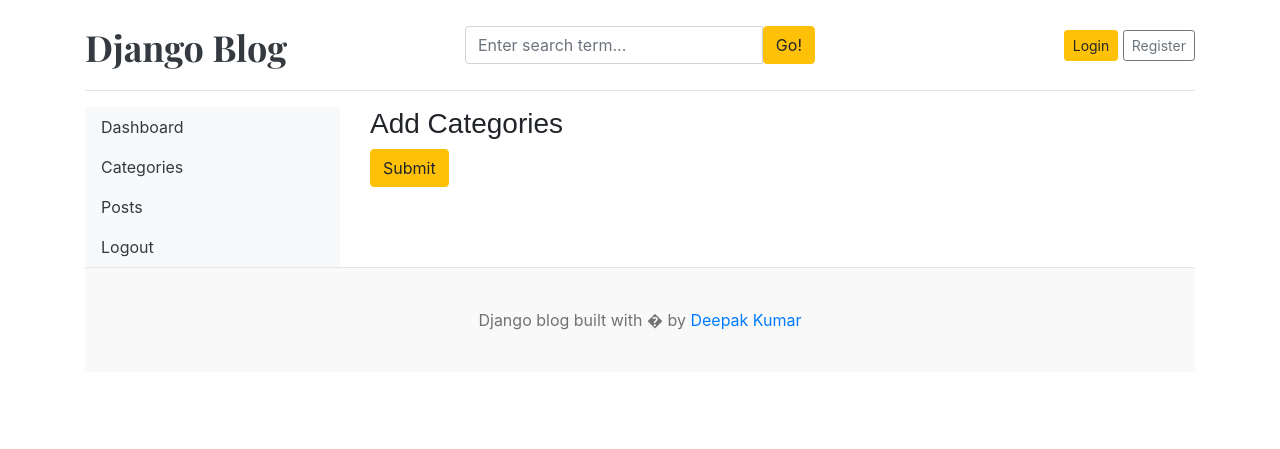
Repository: vijayholve/Blog-Website-Django
Page: templates/dashboard/add_categories.html
The author's editor kept a copy of each file at every save. The page is drawn from the files as they stood at one save, then again after a run of saves.
The browser window is 1280 px wide. The pictures show the whole page.
The template is drawn by Django 5.2. The application's start-up code is not run. Other server files are loaded and not shown. The template is opened directly, without the code that normally fills it, so the values that code supplies are empty.

Above is the page before, as saved 2025-01-29 15:43:09.

### templates/dashboard/add_categories.html
{% extends '../base/base.html' %}

{% block content %}
<div class="row">
    <!-- left sidebar -->
    {% include './leftsidebar.html' %}


    <!-- right sidebar -->
    <div class="col-md-9">
        <h3>Add Categories</h3>

      <form action="" method="POST" style="width: 500px;">
        {% csrf_token %}
        {{ form  }}
        <button type="submit" class="btn btn-warning">Submit</button>
      </form>
    </div>
</div>

{% endblock %}

### templates/base/base.html
<!-- Header part -->
{% include './header.html' %}

<!-- Main content part -->
{% block content %}

{% endblock %}

<!-- Footer -->
{% include './footer.html' %}

### templates/base/header.html
{% load static %}
<!DOCTYPE html>
<html lang="en">
<head>
    <meta charset="UTF-8">
    <meta http-equiv="X-UA-Compatible" content="IE=edge">
    <meta name="viewport" content="width=device-width, initial-scale=1.0">
    <title>SM Joshi Blogs</title>
    <link href="https://getbootstrap.com/docs/4.0/dist/css/bootstrap.min.css" rel="stylesheet">
    <link href="https://fonts.googleapis.com/css?family=Playfair+Display:700,900" rel="stylesheet">
    <link href="{% static 'css/blog.css' %}" rel="stylesheet">
    <link href="{% static 'css/Navbar.css' %}" rel="stylesheet">
    <link rel="stylesheet" href="https://cdn.jsdelivr.net/npm/bootstrap@4.4.1/dist/css/bootstrap.min.css" integrity="sha384-Vkoo8x4CGsO3+Hhxv8T/Q5PaXtkKtu6ug5TOeNV6gBiFeWPGFN9MuhOf23Q9Ifjh" crossorigin="anonymous">
    <link rel="stylesheet" href="https://cdnjs.cloudflare.com/ajax/libs/font-awesome/4.7.0/css/font-awesome.min.css">
  </head>
<body>
    <div class="container">
      <header class="blog-header py-3">
        <div class="row flex-nowrap justify-content-between align-items-center">
          <div class="col-4 pt-1">
            <a class="blog-header-logo text-dark" href="/">Django Blog</a>
          </div>
          <div class="col-4">
            <form action="{% url 'search' %}" method="GET">
              <div class="input-group">
                <input class="form-control" name="keyword" type="text" placeholder="Enter search term..." aria-label="Enter search term..." aria-describedby="button-search" />
                <button type="submit" class="btn btn-warning" id="button-search" type="button">Go!</button>
            </div>
            </form>
          </div>

          <div class="col-4 d-flex justify-content-end align-items-center">
            {% if not user.is_authenticated %}
            <a class="btn btn-sm btn-warning" href="{% url 'login' %}">Login</a> &nbsp;
            <a class="btn btn-sm btn-outline-secondary" href="{% url 'register' %}">Register</a>
            {% else %}
            <span><a href="{% url 'dashboard' %}" class="btn btn-warning">Dashboard</a></span> &nbsp;
            <span><a href="{% url 'logout' %}">Logout</a></span>
            {% endif %}
          </div>
        </div>
      </header>

      <div class="nav-scroller py-1 mb-2">
        <nav class="nav d-flex justify-content-between">
          {% for cat in categories %}
          <a class="p-2 text-muted" href="{% url 'posts_by_category' cat.id  %}">{{ cat.category_name }}</a>
          {% endfor %}
        </nav>
      </div>

### templates/dashboard/leftsidebar.html
<div class="col-md-3">
    <div class="nav flex-column nav-pills bg-light aria-orientation='vertical'">
        <a href="{% url 'dashboard' %}" class="nav-link text-dark {% if '/dashboard/' == request.path %} bg-warning {% endif %}">Dashboard</a>
         {% if perms.auth.view_user %}
          <a href="{% url 'users' %}" class="nav-link text-dark {% if '/users/' in request.path %} bg-warning {% endif %}">Users</a>
        {% endif %}
        <a href="{% url 'categories' %}" class="nav-link text-dark {% if '/categories/' in request.path %} bg-warning {% endif %}">Categories</a>
        <a href="{% url 'posts' %}" class="nav-link text-dark {% if '/posts/' in request.path %} bg-warning {% endif %}">Posts</a>
        <a href="" class="nav-link text-dark">Logout</a>
    </div>
</div>

### templates/base/footer.html
<footer class="blog-footer">
    <p>Django blog built with � by <a href="#">Deepak Kumar</a></p>
  </footer>
  </body>
  </html>

### static/css/blog.css
/* stylelint-disable selector-list-comma-newline-after */

.blog-header {
  border-bottom: 1px solid #e5e5e5;
}

.blog-header-logo {
  font-family: "Playfair Display", Georgia, "Times New Roman", serif/*rtl:Amiri, Georgia, "Times New Roman", serif*/;
  font-size: 2.25rem;
}

.blog-header-logo:hover {
  text-decoration: none;
}

h1, h2, h3, h4, h5, h6 {
  font-family: "Playfair Display", Georgia, "Times New Roman", serif/*rtl:Amiri, Georgia, "Times New Roman", serif*/;
}

.display-4 {
  font-size: 2.5rem;
}
@media (min-width: 768px) {
  .display-4 {
    font-size: 3rem;
  }
}

.flex-auto {
  flex: 0 0 auto;
}

.h-250 { height: 250px; }
@media (min-width: 768px) {
  .h-md-250 { height: 250px; }
}

/* Pagination */
.blog-pagination {
  margin-bottom: 4rem;
}

/*
 * Blog posts
 */
.blog-post {
  margin-bottom: 4rem;
}
.blog-post-title {
  font-size: 2.5rem;
}
.blog-post-meta {
  margin-bottom: 1.25rem;
  color: #727272;
}

/*
 * Footer
 */
.blog-footer {
  padding: 2.5rem 0;
  color: #727272;
  text-align: center;
  background-color: #f9f9f9;
  border-top: .05rem solid #e5e5e5;
}
.blog-footer p:last-child {
  margin-bottom: 0;
}

### static/css/Navbar.css
:root {
    --font-family-sans-serif: "Open Sans", -apple-system, BlinkMacSystemFont,
    "Segoe UI", Roboto, "Helvetica Neue", Arial, sans-serif, "Apple Color Emoji",
    "Segoe UI Emoji", "Segoe UI Symbol", "Noto Color Emoji";
}

*, *::before, *::after {
    -webkit-box-sizing: border-box;
    box-sizing: border-box;
}

html {
    font-family: sans-serif;
    line-height: 1.15;
    -webkit-text-size-adjust: 100%;
    -webkit-tap-highlight-color: rgba(0, 0, 0, 0);
}

nav {
    display: block;
}

body {
    margin: 0;
    font-family: "Open Sans", -apple-system, BlinkMacSystemFont, "Segoe UI",
    Roboto, "Helvetica Neue", Arial, sans-serif, "Apple Color Emoji",
    "Segoe UI Emoji", "Segoe UI Symbol", "Noto Color Emoji";
    font-size: 1rem;
    font-weight: 400;
    line-height: 1.5;
    color: #515151;
    text-align: left;
    background-color: #e9edf4;
}

h1, h2, h3, h4, h5, h6 {
    margin-top: 0;
    margin-bottom: 0.5rem;
}

p {
    margin-top: 0;
    margin-bottom: 1rem;
}

a {
    color: #3f84fc;
    text-decoration: none;
    background-color: transparent;
}

a:hover {
    color: #0458eb;
    text-decoration: underline;
}

h1, h2, h3, h4, h5, h6, .h1, .h2, .h3, .h4, .h5, .h6 {
    font-family: "Nunito", sans-serif;
    margin-bottom: 0.5rem;
    font-weight: 500;
    line-height: 1.2;
}

h1, .h1 {
    font-size: 2.5rem;
    font-weight: normal;
}

.card {
    position: relative;
    display: -webkit-box;
    display: -webkit-flex;
    display: -ms-flexbox;
    display: flex;
    -webkit-box-orient: vertical;
    -webkit-box-direction: normal;
    -webkit-flex-direction: column;
    -ms-flex-direction: column;
    flex-direction: column;
    min-width: 0;
    word-wrap: break-word;
    background-color: #fff;
    background-clip: border-box;
    border: 1px solid rgba(0, 0, 0, 0.125);
    border-radius: 0;
}

.card-body {
    -webkit-box-flex: 1;
    -webkit-flex: 1 1 auto;
    -ms-flex: 1 1 auto;
    flex: 1 1 auto;
    padding: 1.25rem;
}

.card-header {
    padding: 0.75rem 1.25rem;
    margin-bottom: 0;
    background-color: rgba(0, 0, 0, 0.03);
    border-bottom: 1px solid rgba(0, 0, 0, 0.125);
    text-align: center;
}

.dashboard {
    display: -webkit-box;
    display: -webkit-flex;
    display: -ms-flexbox;
    display: flex;
    min-height: 100vh;
}

.dashboard-app {
    display: -webkit-box;
    display: -webkit-flex;
    display: -ms-flexbox;
    display: flex;
    -webkit-box-orient: vertical;
    -webkit-box-direction: normal;
    -webkit-flex-direction: column;
    -ms-flex-direction: column;
    flex-direction: column;
    -webkit-box-flex: 2;
    -webkit-flex-grow: 2;
    -ms-flex-positive: 2;
    flex-grow: 2;
    margin-top: 84px;
}

.dashboard-content {
    -webkit-box-flex: 2;
    -webkit-flex-grow: 2;
    -ms-flex-positive: 2;
    flex-grow: 2;
    padding: 25px;
}

.dashboard-nav {
    min-width: 238px;
    position: fixed;
    left: 0;
    top: 0;
    bottom: 0;
    overflow: auto;
    background-color: #373193;
}

.dashboard-compact .dashboard-nav {
    display: none;
}

.dashboard-nav header {
    min-height: 84px;
    padding: 8px 27px;
    display: -webkit-box;
    display: -webkit-flex;
    display: -ms-flexbox;
    display: flex;
    -webkit-box-pack: center;
    -webkit-justify-content: center;
    -ms-flex-pack: center;
    justify-content: center;
    -webkit-box-align: center;
    -webkit-align-items: center;
    -ms-flex-align: center;
    align-items: center;
}

.dashboard-nav header .menu-toggle {
    display: none;
    margin-right: auto;
}

.dashboard-nav a {
    color: #515151;
}

.dashboard-nav a:hover {
    text-decoration: none;
}

.dashboard-nav {
    background-color: #443ea2;
}

.dashboard-nav a {
    color: #fff;
}

.brand-logo {
    font-family: "Nunito", sans-serif;
    font-weight: bold;
    font-size: 20px;
    display: -webkit-box;
    display: -webkit-flex;
    display: -ms-flexbox;
    display: flex;
    color: #515151;
    -webkit-box-align: center;
    -webkit-align-items: center;
    -ms-flex-align: center;
    align-items: center;
}

.brand-logo:focus, .brand-logo:active, .brand-logo:hover {
    color: #dbdbdb;
    text-decoration: none;
}

.brand-logo i {
    color: #d2d1d1;
    font-size: 27px;
    margin-right: 10px;
}

.dashboard-nav-list {
    display: -webkit-box;
    display: -webkit-flex;
    display: -ms-flexbox;
    display: flex;
    -webkit-box-orient: vertical;
    -webkit-box-direction: normal;
    -webkit-flex-direction: column;
    -ms-flex-direction: column;
    flex-direction: column;
}

.dashboard-nav-item {
    min-height: 56px;
    padding: 8px 20px 8px 70px;
    display: -webkit-box;
    display: -webkit-flex;
    display: -ms-flexbox;
    display: flex;
    -webkit-box-align: center;
    -webkit-align-items: center;
    -ms-flex-align: center;
    align-items: center;
    letter-spacing: 0.02em;
    transition: ease-out 0.5s;
}

.dashboard-nav-item i {
    width: 36px;
    font-size: 19px;
    margin-left: -40px;
}

.dashboard-nav-item:hover {
    background: rgba(255, 255, 255, 0.04);
}

.active {
    background: rgba(0, 0, 0, 0.1);
}

.dashboard-nav-dropdown {
    display: -webkit-box;
    display: -webkit-flex;
    display: -ms-flexbox;
    display: flex;
    -webkit-box-orient: vertical;
    -webkit-box-direction: normal;
    -webkit-flex-direction: column;
    -ms-flex-direction: column;
    flex-direction: column;
}

.dashboard-nav-dropdown.show {
    background: rgba(255, 255, 255, 0.04);
}

.dashboard-nav-dropdown.show > .dashboard-nav-dropdown-toggle {
    font-weight: bold;
}

.dashboard-nav-dropdown.show > .dashboard-nav-dropdown-toggle:after {
    -webkit-transform: none;
    -o-transform: none;
    transform: none;
}

.dashboard-nav-dropdown.show > .dashboard-nav-dropdown-menu {
    display: -webkit-box;
    display: -webkit-flex;
    display: -ms-flexbox;
    display: flex;
}

.dashboard-nav-dropdown-toggle:after {
    content: "";
    margin-left: auto;
    display: inline-block;
    width: 0;
    height: 0;
    border-left: 5px solid transparent;
    border-right: 5px solid transparent;
    border-top: 5px solid rgba(81, 81, 81, 0.8);
    -webkit-transform: rotate(90deg);
    -o-transform: rotate(90deg);
    transform: rotate(90deg);
}

.dashboard-nav .dashboard-nav-dropdown-toggle:after {
    border-top-color: rgba(255, 255, 255, 0.72);
}

.dashboard-nav-dropdown-menu {
    display: none;
    -webkit-box-orient: vertical;
    -webkit-box-direction: normal;
    -webkit-flex-direction: column;
    -ms-flex-direction: column;
    flex-direction: column;
}

.dashboard-nav-dropdown-item {
    min-height: 40px;
    padding: 8px 20px 8px 70px;
    display: -webkit-box;
    display: -webkit-flex;
    display: -ms-flexbox;
    display: flex;
    -webkit-box-align: center;
    -webkit-align-items: center;
    -ms-flex-align: center;
    align-items: center;
    transition: ease-out 0.5s;
}

.dashboard-nav-dropdown-item:hover {
    background: rgba(255, 255, 255, 0.04);
}

.menu-toggle {
    position: relative;
    width: 42px;
    height: 42px;
    display: -webkit-box;
    display: -webkit-flex;
    display: -ms-flexbox;
    display: flex;
    -webkit-box-align: center;
    -webkit-align-items: center;
    -ms-flex-align: center;
    align-items: center;
    -webkit-box-pack: center;
    -webkit-justify-content: center;
    -ms-flex-pack: center;
    justify-content: center;
    color: #443ea2;
}

.menu-toggle:hover, .menu-toggle:active, .menu-toggle:focus {
    text-decoration: none;
    color: #875de5;
}

.menu-toggle i {
    font-size: 20px;
}

.dashboard-toolbar {
    min-height: 84px;
    background-color: #dfdfdf;
    display: -webkit-box;
    display: -webkit-flex;
    display: -ms-flexbox;
    display: flex;
    -webkit-box-align: center;
    -webkit-align-items: center;
    -ms-flex-align: center;
    align-items: center;
    padding: 8px 27px;
    position: fixed;
    top: 0;
    right: 0;
    left: 0;
    z-index: 1000;
}

.nav-item-divider {
    height: 1px;
    margin: 1rem 0;
    overflow: hidden;
    background-color: rgba(236, 238, 239, 0.3);
}

@media (min-width: 992px) {
    .dashboard-app {
        margin-left: 238px;
    }

    .dashboard-compact .dashboard-app {
        margin-left: 0;
    }
}


@media (max-width: 768px) {
    .dashboard-content {
        padding: 15px 0px;
    }
}

@media (max-width: 992px) {
    .dashboard-nav {
        display: none;
        position: fixed;
        top: 0;
        right: 0;
        left: 0;
        bottom: 0;
        z-index: 1070;
    }

    .dashboard-nav.mobile-show {
        display: block;
    }
}

@media (max-width: 992px) {
    .dashboard-nav header .menu-toggle {
        display: -webkit-box;
        display: -webkit-flex;
        display: -ms-flexbox;
        display: flex;
    }
}

@media (min-width: 992px) {
    .dashboard-toolbar {
        left: 238px;
    }

    .dashboard-compact .dashboard-toolbar {
        left: 0;
    }
}

After the next 2 saves:
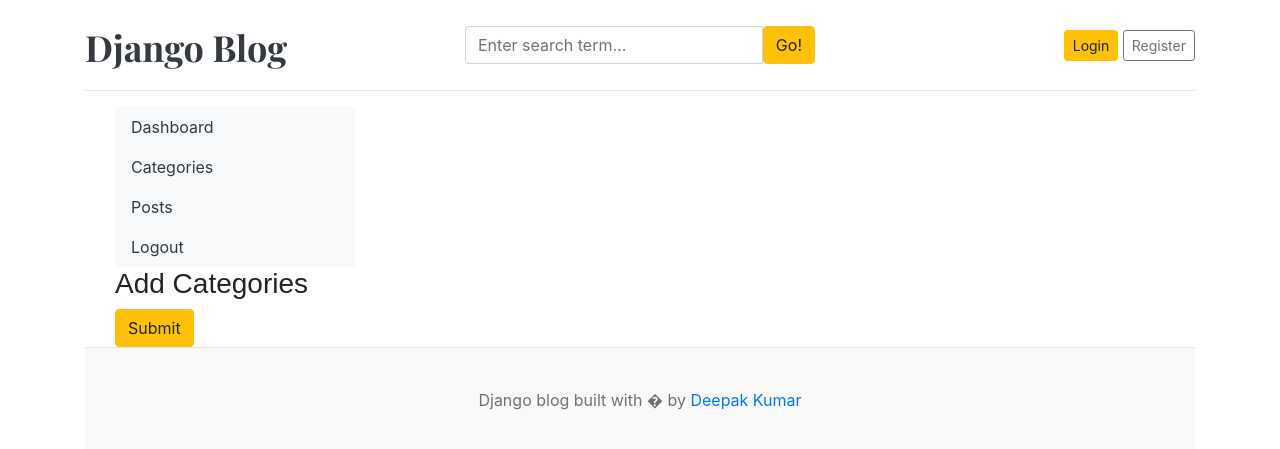
The 2 saves are shown as one change because they came seconds apart.
The last was saved 3 min 30 s later.
--- a/templates/dashboard/add_categories.html
+++ b/templates/dashboard/add_categories.html
@@ -1,7 +1,7 @@
 {% extends '../base/base.html' %}
 
 {% block content %}
-<div class="row">
+<div class="container-fluid">
     <!-- left sidebar -->
     {% include './leftsidebar.html' %}
 
